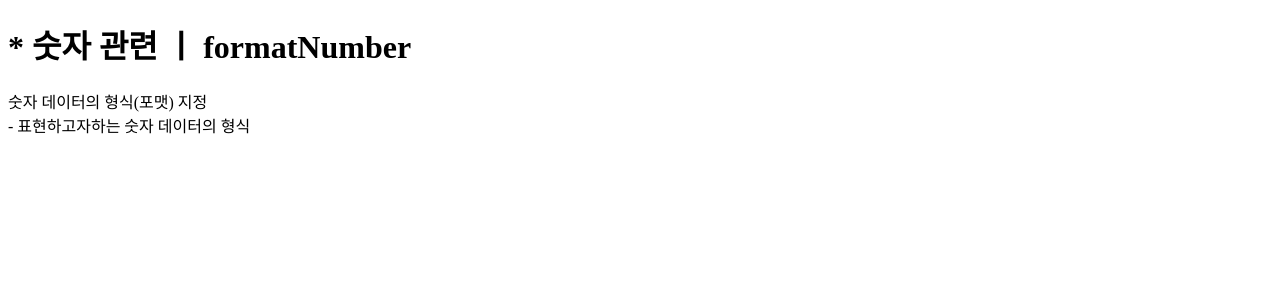
Repository: yoonseo0832/workspace
Page: http://localhost/2_jsp/views/4_CustomAction/3_fmt.jsp
These files come from the project's save history. The page is drawn as it stood at one moment and after the next save; the edit follows.
The browser window is 1280 px wide. The pictures show the whole page.
The page is served by Tomcat 9. Other server files are loaded and not shown.

Above is the page before, as saved 2025-03-21 06:36:41.

### 05_server/2_jsp/src/main/webapp/views/4_CustomAction/3_fmt.jsp
<%@ page language="java" contentType="text/html; charset=UTF-8"
    pageEncoding="UTF-8"%>
<%@ taglib prefix="c" uri="http://java.sun.com/jsp/jstl/core" %>
<%@ taglib prefix="fmt" uri="http://java.sun.com/jsp/jstl/fmt" %>
<!DOCTYPE html>
<html>
<head>
<meta charset="UTF-8">
<title>JSTL - Format Library</title>
</head>
<body>
	<h1>* 숫자 관련 ㅣ formatNumber</h1>
	<p>
		숫자 데이터의 형식(포맷) 지정<br>
		- 표현하고자하는 숫자 데이터의 형식
	</p>
</body>
</html>

After the next save:
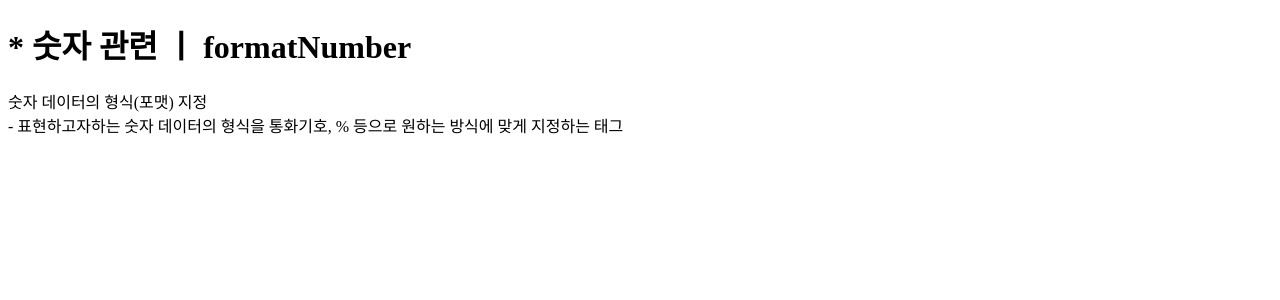
Saved 27 s later.
--- a/05_server/2_jsp/src/main/webapp/views/4_CustomAction/3_fmt.jsp
+++ b/05_server/2_jsp/src/main/webapp/views/4_CustomAction/3_fmt.jsp
@@ -12,7 +12,7 @@
 	<h1>* 숫자 관련 ㅣ formatNumber</h1>
 	<p>
 		숫자 데이터의 형식(포맷) 지정<br>
-		- 표현하고자하는 숫자 데이터의 형식
+		- 표현하고자하는 숫자 데이터의 형식을 통화기호, % 등으로 원하는 방식에 맞게 지정하는 태그
 	</p>
 </body>
 </html>
